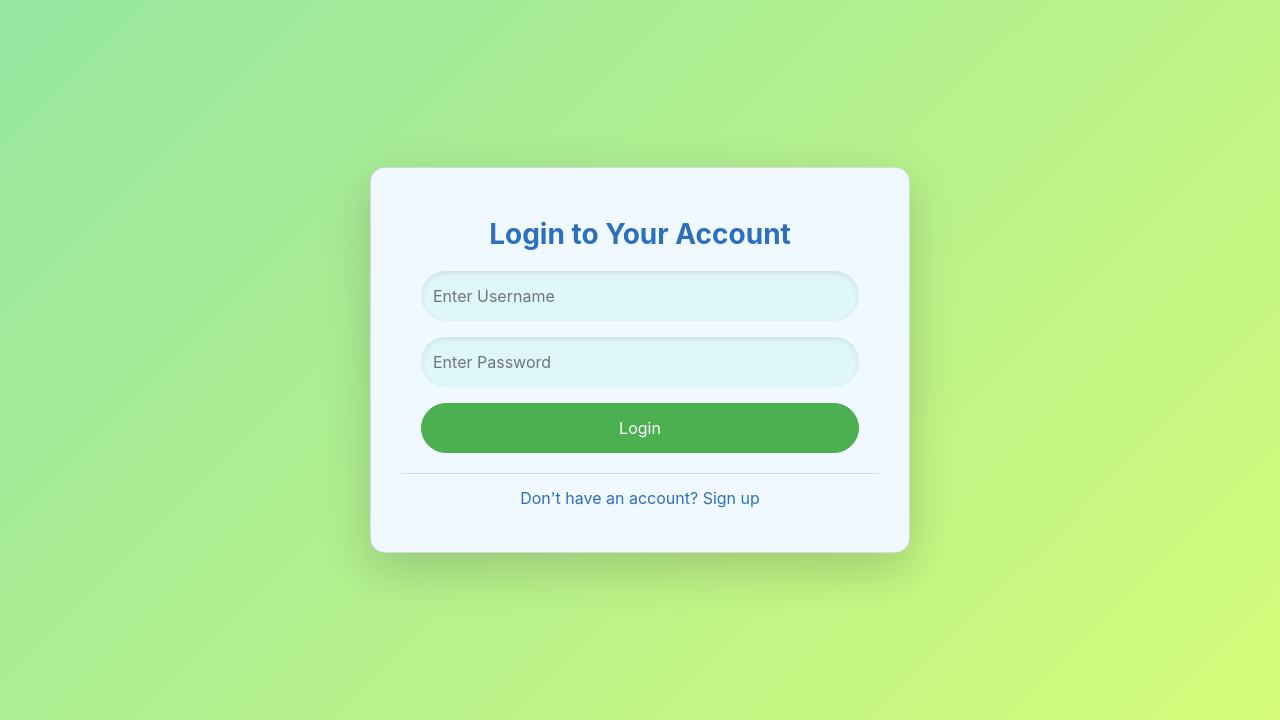
Repository: Dineshbabu290904/DigiMart
Page: http://localhost/DigiMart/login.jsp
The author's editor kept a copy of each file at every save. The page is drawn from the files as they stood at one save, then again after the next save.
The browser window is 1280 px wide. The pictures show the whole page.
Some web libraries are served in a nearby version. The page is served by Tomcat 9. Other server files are loaded and not shown.

Above is the page before, as saved 2024-10-16 15:04:24.

### DigiMart/src/main/webapp/login.jsp
<!DOCTYPE html>
<html lang="en">
<head>
    <meta charset="UTF-8">
    <meta name="viewport" content="width=device-width, initial-scale=1.0">
    <title>Login</title>
    <!-- Bootstrap CSS CDN -->
    <link href="https://stackpath.bootstrapcdn.com/bootstrap/4.5.2/css/bootstrap.min.css" rel="stylesheet">
    <!-- Custom CSS for light green and blue styling -->
    <style>
        body {
            background: linear-gradient(135deg, #96e6a1 0%, #d4fc79 100%); /* Light green gradient */
            display: flex;
            align-items: center;
            justify-content: center;
            min-height: 100vh;
        }
        .login-card {
            border-radius: 15px;
            background: #f0f9ff; /* Light blue background for form */
            padding: 30px;
            box-shadow: 0 12px 30px rgba(0, 0, 0, 0.15); /* Soft shadow */
            transition: transform 0.3s ease;
        }
        .login-card:hover {
            transform: translateY(-5px); /* Subtle hover lift */
        }
        .login-card h3 {
            font-weight: bold;
            margin-bottom: 20px;
            color: #2c6fbb; /* Cool blue for headings */
        }
        .login-card .form-control {
            border-radius: 25px; /* Rounded input fields */
            height: 50px;
            background-color: #e0f7fa; /* Light cyan background for inputs */
            border: none;
            box-shadow: inset 0 2px 5px rgba(0, 0, 0, 0.1);
        }
        .form-control:focus {
            background-color: #b2ebf2; /* Darker cyan on focus */
            border-color: #0097a7;
            outline: none;
            box-shadow: 0 0 10px rgba(0, 151, 167, 0.5); /* Blue glow on focus */
        }
        .btn-custom {
            border-radius: 25px;
            padding: 12px 25px;
            background-color: #4caf50; /* Light green button */
            border-color: #4caf50;
            color: white;
            transition: background-color 0.3s ease, transform 0.3s ease;
        }
        .btn-custom:hover {
            background-color: #388e3c; /* Darker green hover */
            transform: translateY(-3px);
        }
        .card-footer {
            background-color: transparent;
        }
        .card-footer a {
            color: #2c6fbb; /* Match heading color */
            text-decoration: none;
        }
        .card-footer a:hover {
            color: #0056b3;
            text-decoration: underline;
        }
    </style>
</head>
<body>

    <div class="container">
        <div class="row justify-content-center">
            <div class="col-md-6">
                <!-- Login Form Card -->
                <div class="login-card card shadow-lg">
                    <div class="card-body">
                        <h3 class="text-center">Login to Your Account</h3>
                        <form action="login" method="post">
                            <div class="form-group">
                                <input type="text" class="form-control" id="username" name="username" placeholder="Enter Username" required>
                            </div>
                            <div class="form-group">
                                <input type="password" class="form-control" id="password" name="password" placeholder="Enter Password" required>
                            </div>
                            <button type="submit" class="btn btn-custom btn-block">Login</button>
                        </form>
                    </div>
                    <div class="card-footer text-center">
                        <a href="signup.jsp">Don't have an account? Sign up</a>
                    </div>
                </div>
            </div>
        </div>
    </div>

    <!-- Bootstrap JS and dependencies -->
    <script src="https://code.jquery.com/jquery-3.5.1.slim.min.js"></script>
    <script src="https://cdn.jsdelivr.net/npm/@popperjs/core@2.5.3/dist/umd/popper.min.js"></script>
    <script src="https://stackpath.bootstrapcdn.com/bootstrap/4.5.2/js/bootstrap.min.js"></script>
</body>
</html>

After the next save:
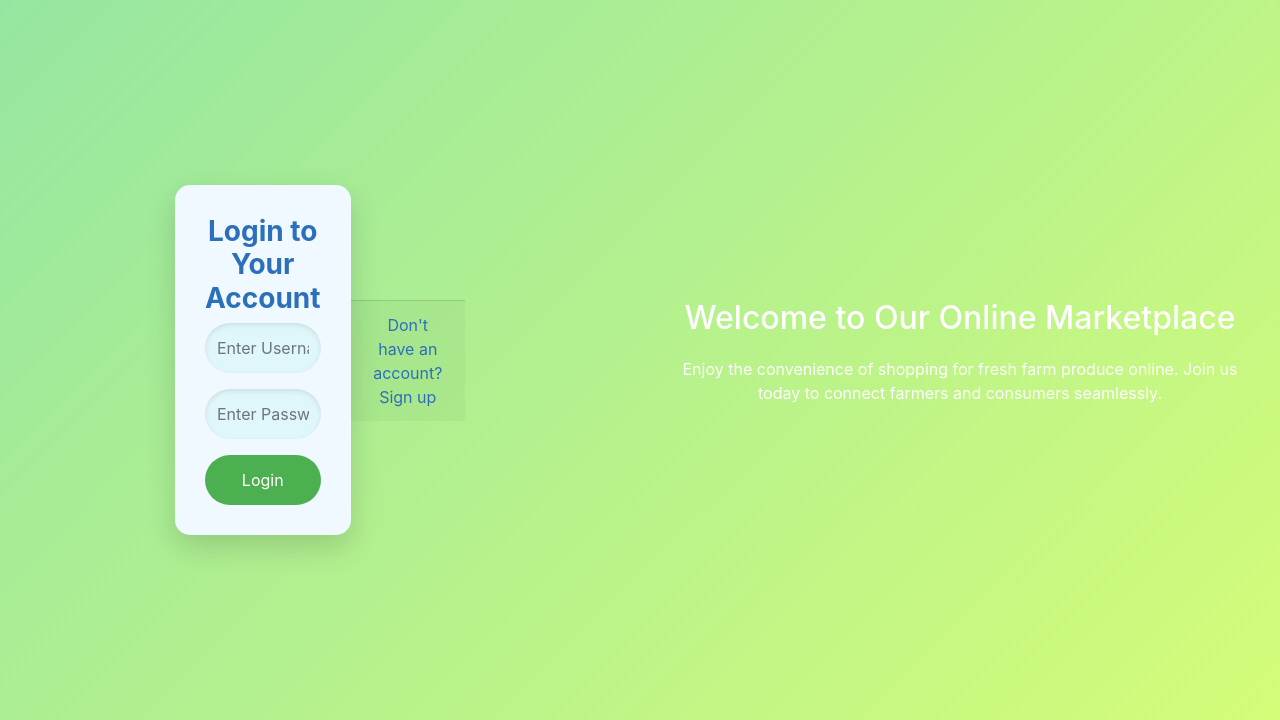
Saved 2 min 38 s later.
--- a/DigiMart/src/main/webapp/login.jsp
+++ b/DigiMart/src/main/webapp/login.jsp
@@ -6,10 +6,14 @@
     <title>Login</title>
     <!-- Bootstrap CSS CDN -->
     <link href="https://stackpath.bootstrapcdn.com/bootstrap/4.5.2/css/bootstrap.min.css" rel="stylesheet">
-    <!-- Custom CSS for light green and blue styling -->
+    <!-- Custom CSS -->
     <style>
         body {
             background: linear-gradient(135deg, #96e6a1 0%, #d4fc79 100%); /* Light green gradient */
+            display: flex;
+            min-height: 100vh;
+        }
+        .login-section {
             display: flex;
             align-items: center;
             justify-content: center;
@@ -17,7 +21,7 @@
         }
         .login-card {
             border-radius: 15px;
-            background: #f0f9ff; /* Light blue background for form */
+            background: #f0f9ff; /* Light blue background */
             padding: 30px;
             box-shadow: 0 12px 30px rgba(0, 0, 0, 0.15); /* Soft shadow */
             transition: transform 0.3s ease;
@@ -27,70 +31,64 @@
         }
         .login-card h3 {
             font-weight: bold;
-            margin-bottom: 20px;
             color: #2c6fbb; /* Cool blue for headings */
         }
         .login-card .form-control {
-            border-radius: 25px; /* Rounded input fields */
+            border-radius: 25px;
             height: 50px;
             background-color: #e0f7fa; /* Light cyan background for inputs */
             border: none;
             box-shadow: inset 0 2px 5px rgba(0, 0, 0, 0.1);
         }
-        .form-control:focus {
-            background-color: #b2ebf2; /* Darker cyan on focus */
-            border-color: #0097a7;
-            outline: none;
-            box-shadow: 0 0 10px rgba(0, 151, 167, 0.5); /* Blue glow on focus */
-        }
         .btn-custom {
             border-radius: 25px;
             padding: 12px 25px;
             background-color: #4caf50; /* Light green button */
-            border-color: #4caf50;
             color: white;
-            transition: background-color 0.3s ease, transform 0.3s ease;
-        }
-        .btn-custom:hover {
-            background-color: #388e3c; /* Darker green hover */
-            transform: translateY(-3px);
-        }
-        .card-footer {
-            background-color: transparent;
         }
         .card-footer a {
-            color: #2c6fbb; /* Match heading color */
-            text-decoration: none;
+            color: #2c6fbb;
         }
-        .card-footer a:hover {
-            color: #0056b3;
-            text-decoration: underline;
+        .description-section {
+            text-align: center;
+            color: white;
+            padding: 40px;
+        }
+        .description-section h2 {
+            font-size: 2rem;
+            margin-bottom: 20px;
         }
     </style>
 </head>
 <body>
 
-    <div class="container">
-        <div class="row justify-content-center">
-            <div class="col-md-6">
-                <!-- Login Form Card -->
-                <div class="login-card card shadow-lg">
-                    <div class="card-body">
-                        <h3 class="text-center">Login to Your Account</h3>
-                        <form action="login" method="post">
-                            <div class="form-group">
-                                <input type="text" class="form-control" id="username" name="username" placeholder="Enter Username" required>
-                            </div>
-                            <div class="form-group">
-                                <input type="password" class="form-control" id="password" name="password" placeholder="Enter Password" required>
-                            </div>
-                            <button type="submit" class="btn btn-custom btn-block">Login</button>
-                        </form>
+<div class="container-fluid">
+    <div class="row login-section">
+        <!-- Left Side: Login Form -->
+        <div class="col-md-6 d-flex align-items-center justify-content-center">
+            <div class="login-card">
+                <h3 class="text-center">Login to Your Account</h3>
+                <form action="login" method="post">
+                    <div class="form-group">
+                        <input type="text" class="form-control" id="username" name="username" placeholder="Enter Username" required>
+                    </div>
+                    <div class="form-group">
+                        <input type="password" class="form-control" id="password" name="password" placeholder="Enter Password" required>
+                    </div>
+                    <button type="submit" class="btn btn-custom btn-block">Login</button>
+                </form>
                     </div>
                     <div class="card-footer text-center">
                         <a href="signup.jsp">Don't have an account? Sign up</a>
                     </div>
                 </div>
+            </div>
+        </div>
+        <!-- Right Side: Description -->
+        <div class="col-md-6 d-none d-md-flex align-items-center justify-content-center description-section">
+            <div>
+                <h2>Welcome to Our Online Marketplace</h2>
+                <p>Enjoy the convenience of shopping for fresh farm produce online. Join us today to connect farmers and consumers seamlessly.</p>
             </div>
         </div>
     </div>
